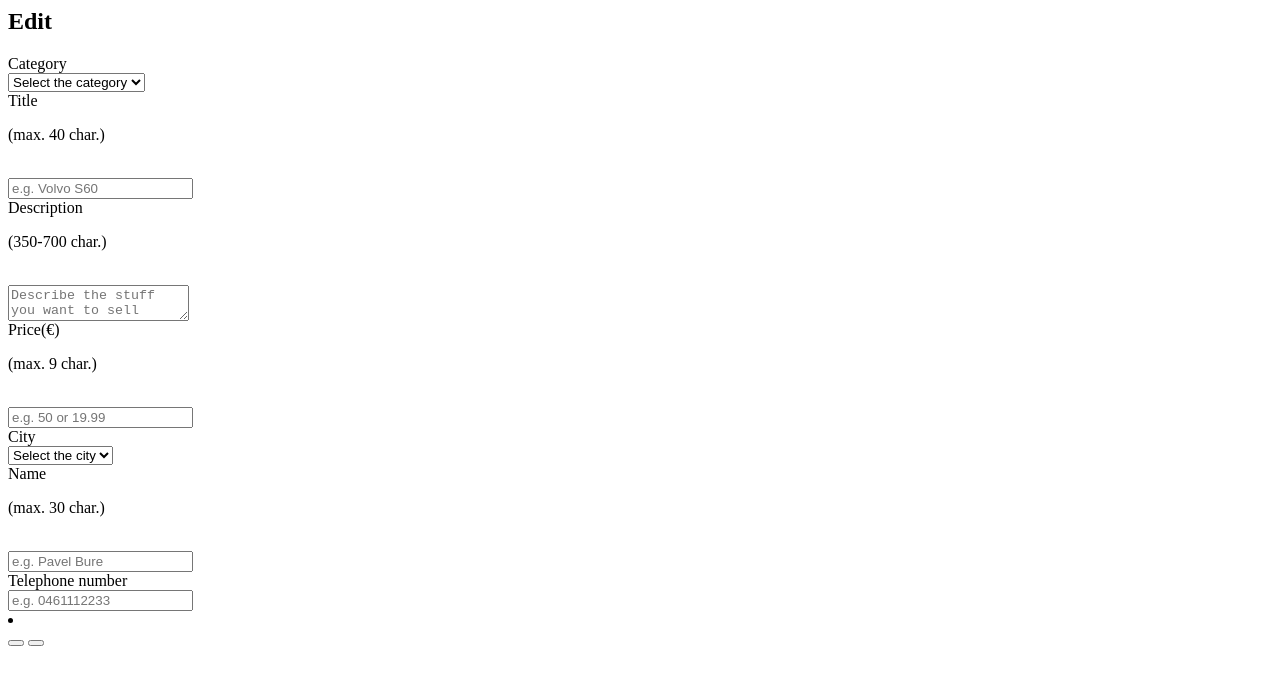
Repository: aidarm/Tori_II
Page: public/js/app/views/edit.html
The author's editor kept a record of every edit. The page is drawn from the files as they stood at one moment, then again after the next edit.
The browser window is 1280 px wide. The pictures show the whole page.

Above is the page before.

### public/js/app/views/edit.html
<form class="editForm" data-ng-submit="submitForm()" novalidate>
    <h2>Edit</h2>
    <div class="formCategory">
        <label>Category</label><br />
        <select data-ng-model="form.category">
            <option value="" selected>Select the category</option>
            <option value="cars">Cars</option>
            <option value="houses">Houses</option>
        </select><br />
    </div>
    <label>Title</label><p> (max. 40 char.)</p><br />
    <input type="text" class="formTitle" placeholder="e.g. Volvo S60" data-ng-model="form.title" maxlength="40" required/><br/>
    <label>Description</label><p> (350-700 char.)</p><br />
    <textarea class="formDescription" placeholder="Describe the stuff you want to sell" data-ng-model="form.description" maxlength="700" value="item.description" required></textarea><br />
    <div class="formPriceEdit">
        <label>Price(&euro;)</label><p> (max. 9 char.)</p><br />
        <input type="text" placeholder="e.g. 50 or 19.99" data-ng-model="form.price" maxlength="10" required/><br/>
    </div>
    <div class="contact_information">
        <div class="formCategory">
            <label>City</label><br/>
            <select data-ng-model="form.city" required>
                <option value="" selected>Select the city</option>
                <option value="Helsinki">Helsinki</option>
                <option value="Turku">Turku</option>
            </select><br/>
        </div>
        <label>Name</label><p> (max. 30 char.)</p><br/>
        <input type="text" class="formTitle" placeholder="e.g. Pavel Bure" data-ng-model="form.name" maxlength="30"/ required><br/>
        <label>Telephone number</label><br/>
        <input type="text" class="formTitle" placeholder="e.g. 0461112233" data-ng-model="form.phone" maxlength="10" required/><br/>

    </div>
    <flex-slider slide="img in form.img">
        <li>
            <img data-ng-src="{{ img }}">
        </li>
    </flex-slider>
    <div class="formButton">
        <button class="button button-action button-large button-rounded" type="submit" data-icon="&#xe60a;" data-ng-click="send()"></button>
        <button class="button button-caution button-large button-rounded" type="submit" data-icon="&#xe609;" data-ng-click="cancel()"></button>
    </div>
</form>

After the next edit:
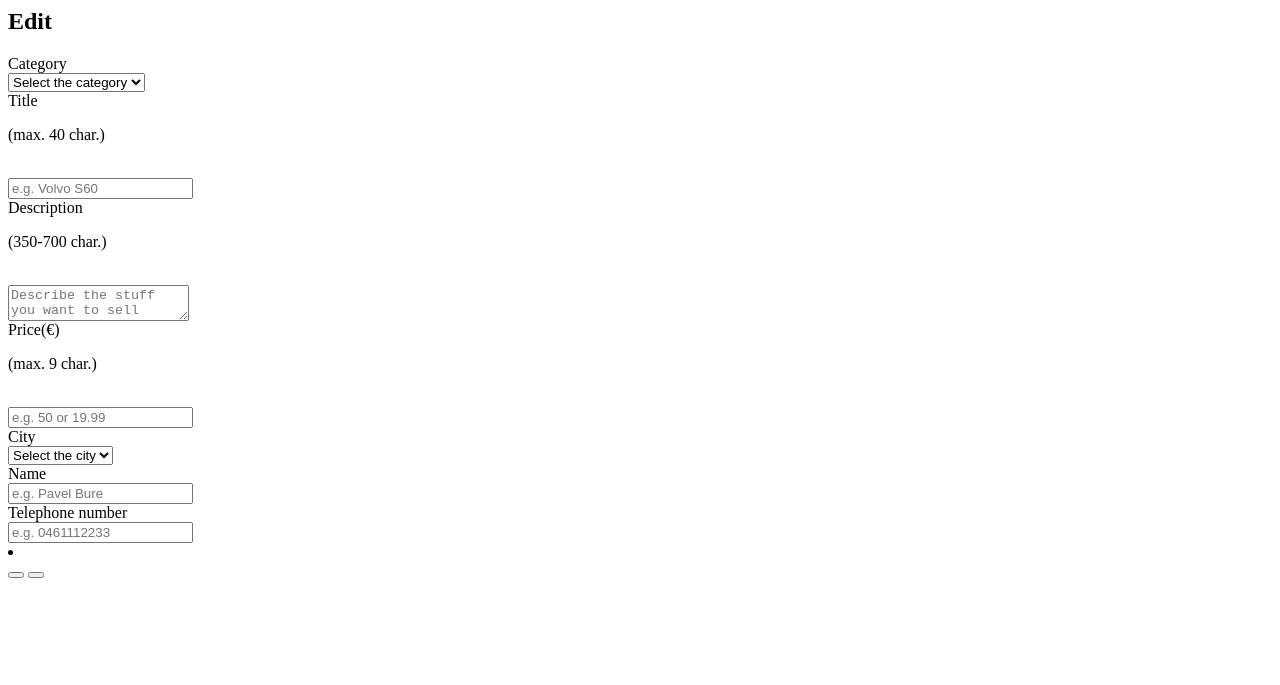
The edit:
--- a/public/js/app/views/edit.html
+++ b/public/js/app/views/edit.html
@@ -25,7 +25,7 @@
                 <option value="Turku">Turku</option>
             </select><br/>
         </div>
-        <label>Name</label><p> (max. 30 char.)</p><br/>
+        <label>Name</label><br/>
         <input type="text" class="formTitle" placeholder="e.g. Pavel Bure" data-ng-model="form.name" maxlength="30"/ required><br/>
         <label>Telephone number</label><br/>
         <input type="text" class="formTitle" placeholder="e.g. 0461112233" data-ng-model="form.phone" maxlength="10" required/><br/>
